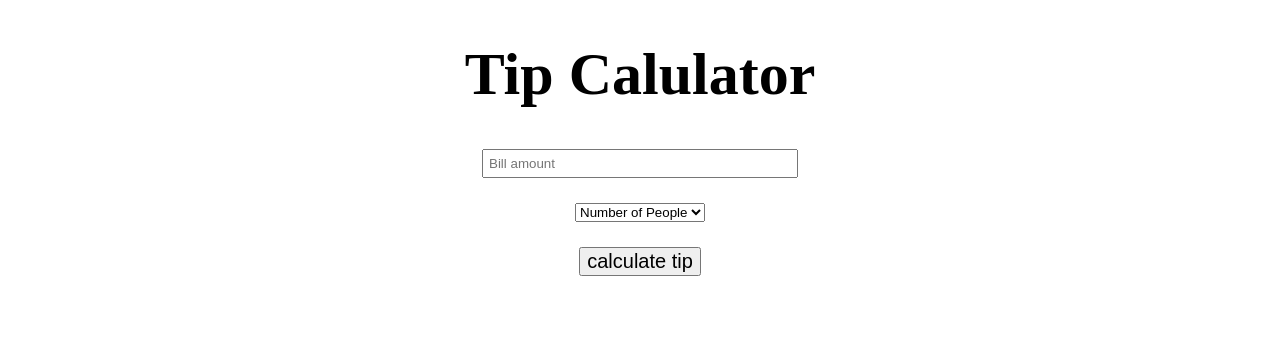
Repository: NiutaR/tip-calculator
Page: index.html
These files come from the project's save history. The page is drawn as it stood at one moment and after the next save; the edit follows.
The browser window is 1280 px wide. The pictures show the whole page.

Above is the page before, as saved 2021-07-28 19:05:23.

After the next save:
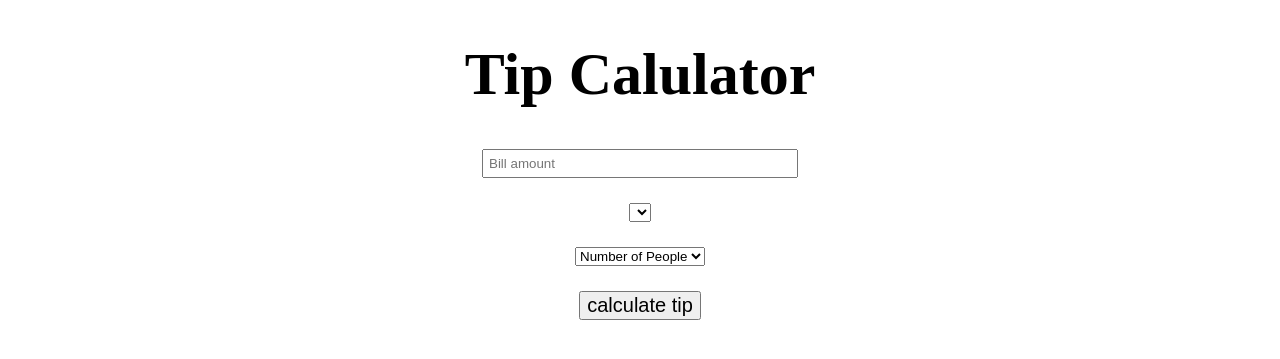
Saved 5 s later.
--- a/index.html
+++ b/index.html
@@ -79,7 +79,7 @@
         <div class="container">
             <h1>Tip Calulator</h1>
             <input type="text" placeholder="Bill amount" class="text-input">
-            <select
+            <select></select>
             <select>
               <option value="" disabled="disabled" selected="selected">Number of People</option>
                 <option value="1">1</option>
